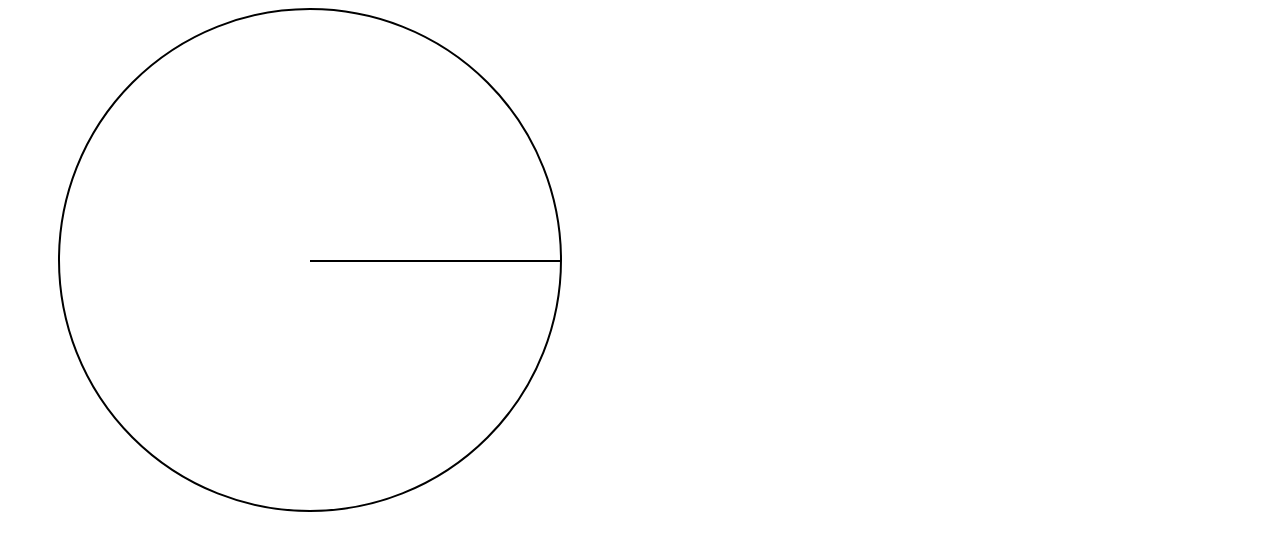
Repository: Lungdjos/ferris_wheel
Page: index.html
The author's editor kept a copy of each file at every save. The page is drawn from the files as they stood at one save, then again after the next save.
The browser window is 1280 px wide. The pictures show the whole page.

Above is the page before, as saved 2024-01-11 08:49:05.

### index.html
<!DOCTYPE html>
<html lang="en">

<head>
    <meta charset="UTF-8">
    <meta name="viewport" content="width=device-width, initial-scale=1.0">
    <title>Ferris Wheel</title>
    <link rel="stylesheet" href="./styles.css">
</head>

<body>
    <div class="wheel">
        <span class="line"></span>
        <span class="line"></span>
        <span class="line"></span>
        <span class="line"></span>
        <span class="line"></span>
        <span class="line"></span>
        <div class="cabin"></div>
        <div class="cabin"></div>
        <div class="cabin"></div>
        <div class="cabin"></div>
        <div class="cabin"></div>
        <div class="cabin"></div>
    </div>

</body>

</html>

### styles.css
.wheel {
    border: 2px solid black;
    border-radius: 50%;
    margin-left: 50px;
    position: absolute;
    height: 55vw;
    width: 55vw;
    max-width: 500px;
    max-height: 500px;
}

.line {
    background-color: black;
    height: 2px;
    width: 50%;
    top: 50%;
    left: 50%;
    position: absolute;
    transform-origin: 0% 0%;
}

.line {
    transform: rotate();
}

After the next save:
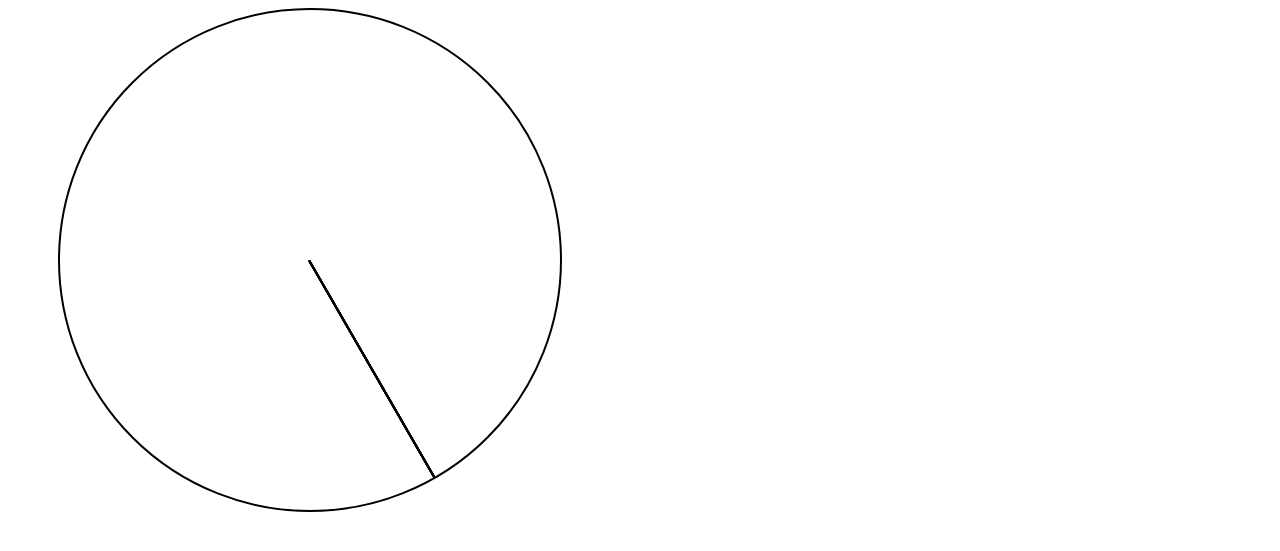
Saved 4 s later.
--- a/styles.css
+++ b/styles.css
@@ -20,5 +20,5 @@
 }
 
 .line {
-    transform: rotate();
+    transform: rotate(60deg);
 }

After the 3 saves that followed:
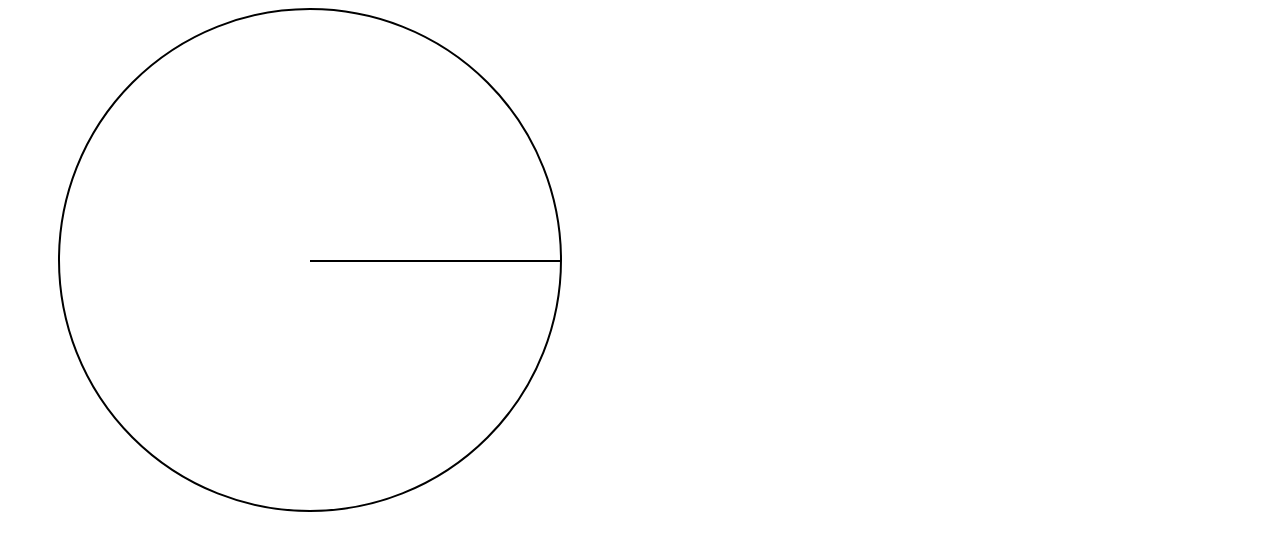
The 3 saves are shown as one change because they came seconds apart.
The last was saved 2 min 27 s later.
--- a/styles.css
+++ b/styles.css
@@ -19,6 +19,6 @@
     transform-origin: 0% 0%;
 }
 
-.line {
+.line:nth {
     transform: rotate(60deg);
 }
